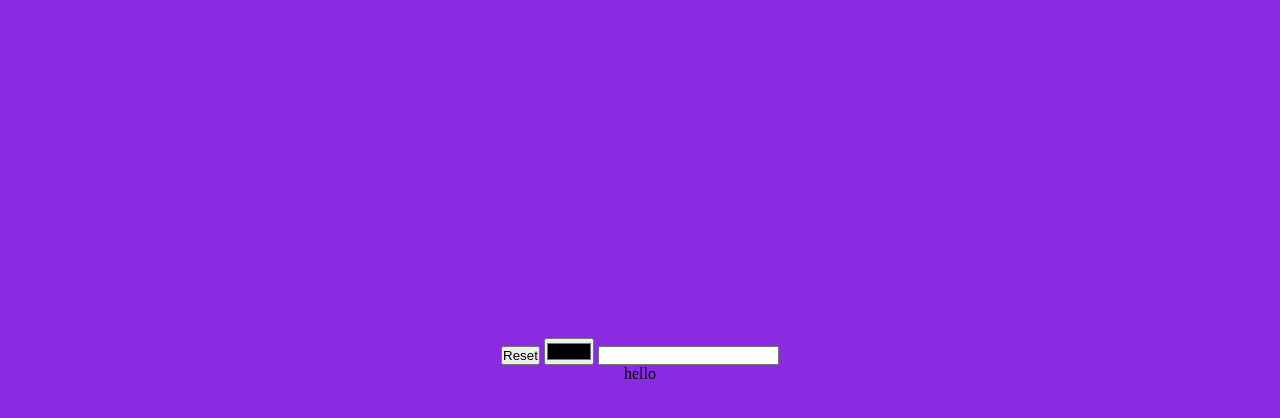
Repository: Larrowo/Challenges
Page: Pixel-Art/index.html
These files come from the project's save history. The page is drawn as it stood at one moment and after the next save; the edit follows.
The browser window is 1280 px wide. The pictures show the whole page.

Above is the page before, as saved 2022-04-20 12:10:50.

After the next save:
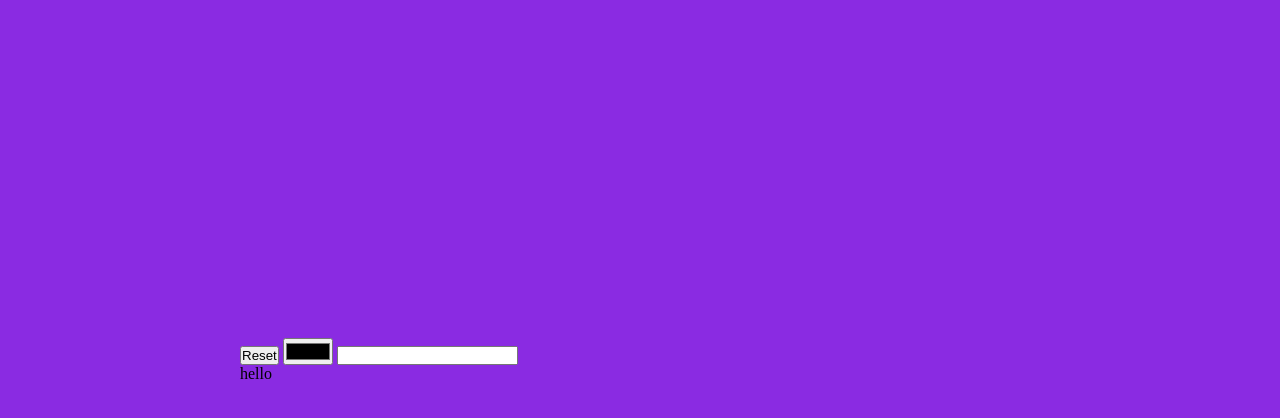
Saved 17 s later.
--- a/Pixel-Art/style.css
+++ b/Pixel-Art/style.css
@@ -17,5 +17,7 @@ body{
 }
 
 .navbar, .container{
-    background-color:rgba(28,28,29,)
+    background-color:rgba(28,28,29,);
+    width: 800px;
+
 }
